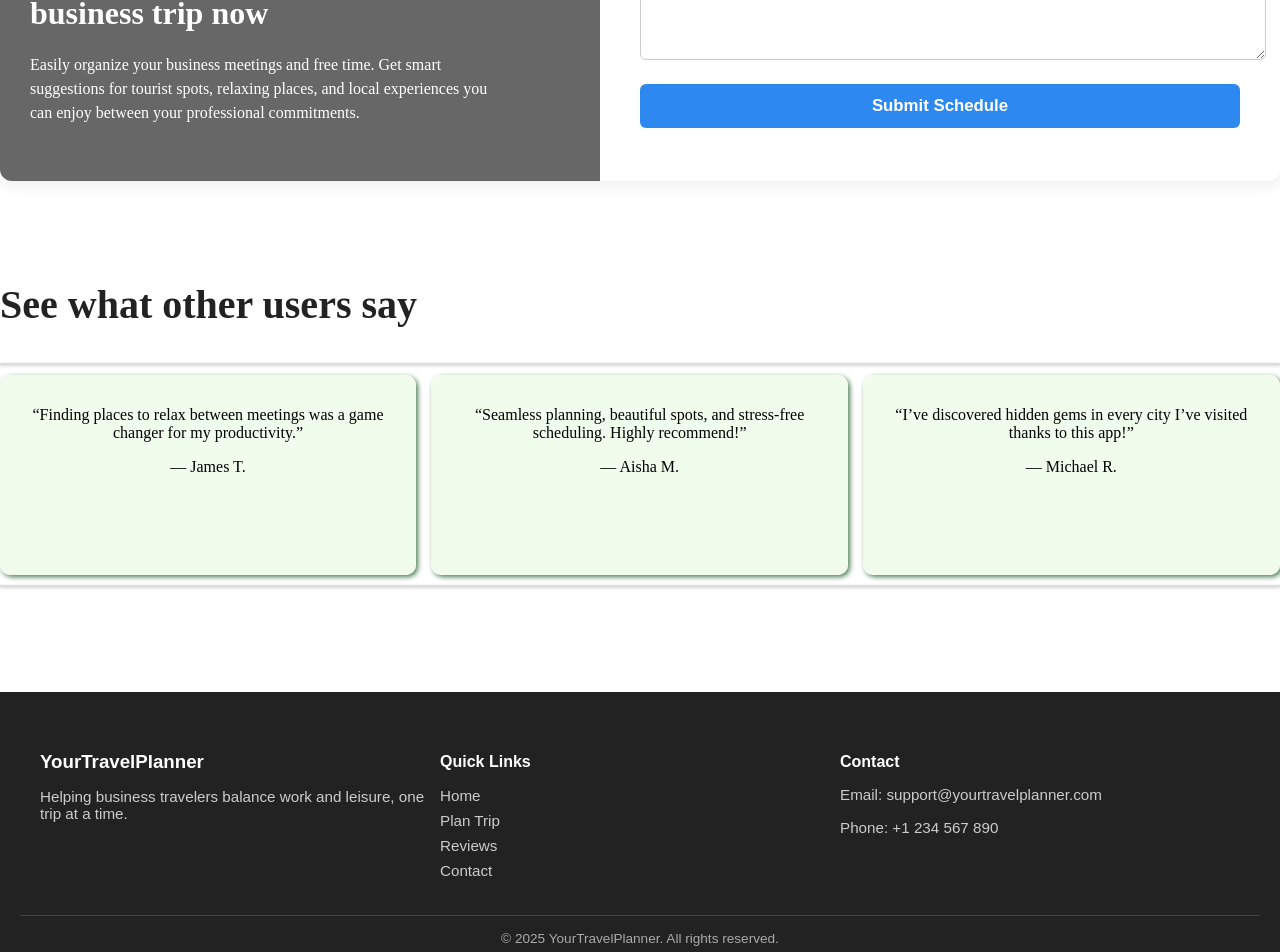
Repository: Nakib-Arman/Javafest25---travL
Page: / (app in Frontend/)
These files come from the project's save history. The page is drawn as it stood at one moment and after a run of saves; the edit follows.
The browser window is 1280 px wide. The pictures show the part of the page from y = 1376 to 2328 px (the page is 2342 px tall).
Pictures or frames that could not be fetched are drawn as grey boxes. The project was rebuilt for these pictures with package versions that can differ from the ones it lists, and the page was loaded fresh each time. Also part of the build but not shown: Frontend/vite.config.js, Frontend/src/CSS/AuthForms.css, Frontend/src/Components/AuthForms.jsx, Frontend/src/CSS/SchedulePlanner.css, Frontend/src/Components/SchedulePlanner.jsx.

Above is the page before, as saved 2025-08-24 00:28:57.

### Frontend/src/index.css
html, body {
    height: 100%;
    margin: 0;
    padding: 0;
    position: relative;
}

body {
    /* background-image: url('./assets/background2.jpg'); */
    background-color: white;
    background-position: center;
    background-repeat: no-repeat;
    background-size: cover;
    background-attachment: fixed;
}

### Frontend/src/App.jsx
import { Routes, Route } from "react-router-dom";
import Home from "./Components/Home";
import Login from "./Components/AuthForms";
import SchedulePlanner from "./Components/SchedulePlanner";
import AuthForms from "./Components/AuthForms";

function App() {
  return (
    <Routes>
      <Route path="/" element={<Home />} />
      <Route path="/auth" element={<AuthForms />} />
      <Route path="/schedule-planner" element={<SchedulePlanner />} />
    </Routes>
  );
}

export default App;

### Frontend/src/Components/Home.jsx
import React, { useState, useEffect, useRef } from 'react';
import { useNavigate } from 'react-router-dom';
import '../CSS/Home.css';

import img1 from '../assets/travel1.jpg';
import img2 from '../assets/travel2.jpg';
import img3 from '../assets/travel3.jpg';

import Topbar from './Topbar';
import ScheduleForm from './ScheduleForm';
import Reviews from './Reviews';
import Footer from './Footer';

export default function Home() {
  const navigate = useNavigate();
  const images = [img1, img2, img3];
  const [currentIndex, setCurrentIndex] = useState(0);
  const [isSidebarOpen, setIsSidebarOpen] = useState(false);
  const planFormRef = useRef(null);
  const reviewRef = useRef(null);



  const toggleSidebar = () => {
    if (isSidebarOpen) {
      setIsSidebarOpen(false);
    }
    else {
      setIsSidebarOpen(true);
    }
  };

  const scrollToPlanForm = () => {
    planFormRef.current?.scrollIntoView({ behavior: "smooth" });
    toggleSidebar();
  }

  const scrollToReviews = () => {
    reviewRef.current?.scrollIntoView({ behavior: "smooth" });
    toggleSidebar();
  }

  useEffect(() => {
    const timer = setInterval(() => {
      setCurrentIndex(prev => (prev + 1) % images.length);
    }, 8000);
    return () => clearInterval(timer);
  }, [images.length]);



  return (
    <div className="home-container">
      {/* 1. Topbar */}
      <Topbar
        isSidebarOpen={isSidebarOpen}
        toggleSidebar={toggleSidebar}
        onPlanTripClick={scrollToPlanForm}
        onReviewClick={scrollToReviews}
      />
      {isSidebarOpen && (
        <div
          className='overlay'
          onClick={() => setIsSidebarOpen(false)}
        />
      )}

      {/* 2.sliding images */}
      <div className="slideshow-container">
        <div
          className="slide-track"
          style={{ transform: `translateX(-${currentIndex * 100}%)` }}
        >
          {images.map((src, idx) => (
            <img key={idx} src={src} alt={`Slide ${idx}`} className="slide-image" />
          ))}
        </div>

        <div className="overlay-text">
          <div className="overlay-buttons">
            <button className="btn signup-btn" onClick={() => navigate("/auth?mode=signup")}>Sign Up</button>
            <button className="btn login-btn" onClick={() => navigate("/auth?mode=login")}>Log In</button>
          </div>
          <h1>Find your pause, wherever you go</h1>
          <p>Plan your business trips with ease and find the perfect spots to unwind.
            Experience the perfect balance between productivity and relaxation.</p>
        </div>
      </div>

      {/* 3. Planning Form */}
      <div ref={planFormRef}>
        <ScheduleForm/>
      </div>

      {/* 4. Reviews */}
      <div ref={reviewRef}>
        <Reviews/>
      </div>

      {/* 5. Footer  */}
      <Footer/>

    </div>
  );
}

### Frontend/src/CSS/Home.css
/* basic container */
.home-container {
    margin: 0;
    padding: 0;
    height: 100vh;
    width: 100vw;
    position: relative;
    color: black;
}


/* sliding image */
.slideshow-container {
    position: relative;
    margin-top: 100px;
    margin-left: 0px;
    width: 100%;
    height: calc(100% - 250px);
    overflow: hidden;
    background-color: black;
    z-index: 2;
}

.slide-track {
    display: flex;
    transition: transform 0.8s ease-in-out;
    height: 100%;
}

.slide-image {
    min-width: 100%;
    height: 100%;
    object-fit: cover;
    opacity: 0.5;
}


/* text on the sliding image */
.overlay-text {
    position: absolute;
    bottom: 5%;
    left: 5%;
    transform: none;
    text-align: left;
    color: white;
    text-shadow: 2px 2px 6px rgba(0, 0, 0, 0.7);
    z-index: 2;
}

.overlay-text h1 {
    font-size: 3rem;
    margin-bottom: 10px;
}

.overlay-text p {
    font-size: 1.3rem;
}


/* signup and login button */
.overlay-buttons {
    margin-top: 20px;
    display: flex;
    gap: 15px;
}

.btn {
    padding: 12px 24px;
    font-size: 1.1rem;
    border: none;
    border-radius: 30px;
    cursor: pointer;
    font-weight: bold;
    transition: background-color 0.3s ease, transform 0.2s ease;
    width: 200px;
    opacity: 0.8;
    box-shadow: 0 2px 5px rgba(0, 0, 0, 0.2);
}

.signup-btn {
    background-color: #e6e2e2dc;
    color: black;
}

.signup-btn:hover {
    background-color: #e9ebe9;
    color: black;
    transform: scale(1.05);
}

.login-btn {
    background-color: #e6e2e2dc;
    color: black;
}

.login-btn:hover {
    background-color: #e9ebe9;
    transform: scale(1.05);
}

### Frontend/src/Components/Topbar.jsx
// src/components/Topbar.js
import React, { useState } from 'react';
import { Navigate, useNavigate } from 'react-router-dom';
import '../CSS/Topbar.css';
import Sidebar from './Sidebar';

export default function Topbar(props) {
  const navigate = useNavigate();
  return (
    <div>
      <nav className="topbar">

        <div className="left-section">
          <div className="hamburger" onClick={props.toggleSidebar}>
            <span></span>
            <span></span>
            <span></span>
          </div>
          <a href="/" className="logo-link"></a>
        </div>
        <div className="nav-buttons">
          <button onClick={() => navigate("/auth?mode=login")}>Log In</button>
          <button onClick={() => navigate("/auth?mode=signup")}>Sign Up</button>
          <button onClick={() => navigate("/contactus")}>Contact Us</button>
        </div>
      </nav>
      <Sidebar
        sidebarClass={props.isSidebarOpen ? "sidebar" : "sidebar-show"}
        toggleSidebar={props.toggleSidebar}
        onPlanTripClick={props.onPlanTripClick}
        onReviewClick={props.onReviewClick}
      />
    </div>
  );
}

### Frontend/src/Components/Reviews.jsx
import React, { useState, useEffect,useRef } from "react";
import '../CSS/Reviews.css';

export default function Reviews() {

    const reviews = [
        { name: "Sophia L.", text: "This service completely transformed my business trips. I now actually look forward to traveling!" },
        { name: "James T.", text: "Finding places to relax between meetings was a game changer for my productivity." },
        { name: "Aisha M.", text: "Seamless planning, beautiful spots, and stress-free scheduling. Highly recommend!" },
        { name: "Michael R.", text: "I’ve discovered hidden gems in every city I’ve visited thanks to this app!" },
        { name: "Emily W.", text: "Perfect balance between work and relaxation — exactly what I needed." },
        { name: "David K.", text: "No more stress trying to figure out where to go. Everything’s planned perfectly." },
        { name: "Priya S.", text: "It’s like having a local guide and personal assistant rolled into one." },
        { name: "Liam P.", text: "Made my work trips more enjoyable than ever before!" },
        { name: "Hannah G.", text: "Smart recommendations and easy scheduling. Love it!" }
    ];


    const [reviewIndex, setReviewIndex] = useState(0);
    const [cardWidth, setCardWidth] = useState(0);
    const cardRef = useRef(null);



    useEffect(() => {
        const timer = setInterval(() => {
            setReviewIndex(prev => {
                const maxIndex = reviews.length - 3; // max starting index
                return prev < maxIndex ? prev + 1 : 0; // reset to 0 after last slide
            });
        }, 3000);
        return () => clearInterval(timer);
    }, [reviews.length]);


    useEffect(() => {
        if (cardRef.current) {
            setCardWidth(cardRef.current.offsetWidth + 15);
        }
    }, []);

    return (
        <div className="review-section">
            <h2 className="review-title">See what other users say</h2>

            <div className="review-slideshow">
                <div className="review-line top-line"></div>

                <div
                    className="review-track"
                    style={{ transform: `translateX(-${reviewIndex * cardWidth}px)` }}
                >
                    {reviews.map((review, idx) => (
                        <div
                            className="review-card"
                            key={idx}
                            ref={idx === 0 ? cardRef : null}
                        >
                            <p className="review-text">“{review.text}”</p>
                            <span className="review-author">— {review.name}</span>
                        </div>
                    ))}
                </div>

                <div className="review-line bottom-line"></div>
            </div>
        </div>
    );
}

### Frontend/src/Components/Footer.jsx
import React from "react";
import '../CSS/Footer.css';

export default function Footer() {
  return (
    <footer className="footer">
      <div className="footer-container">
        {/* About / Brand */}
        <div className="footer-section">
          <h3>YourTravelPlanner</h3>
          <p>Helping business travelers balance work and leisure, one trip at a time.</p>
        </div>

        {/* Quick Links */}
        <div className="footer-section">
          <h4>Quick Links</h4>
          <ul>
            <li><a href="#home">Home</a></li>
            <li><a href="#schedule">Plan Trip</a></li>
            <li><a href="#reviews">Reviews</a></li>
            <li><a href="#contact">Contact</a></li>
          </ul>
        </div>

        {/* Contact */}
        <div className="footer-section">
          <h4>Contact</h4>
          <p>Email: support@yourtravelplanner.com</p>
          <p>Phone: +1 234 567 890</p>
          <div className="social-icons">
            <a href="#"><i className="fab fa-facebook-f"></i></a>
            <a href="#"><i className="fab fa-twitter"></i></a>
            <a href="#"><i className="fab fa-instagram"></i></a>
          </div>
        </div>
      </div>

      <div className="footer-bottom">
        &copy; {new Date().getFullYear()} YourTravelPlanner. All rights reserved.
      </div>
    </footer>
  );
}

### Frontend/src/CSS/Topbar.css
/* basic container */
.topbar {
  position: fixed;
  top: 0;
  left: 0;
  right: 0;
  height: 100px;
  background-color: hsl(97, 62%, 93%);
  display: flex;
  justify-content: space-between;
  align-items: flex-end;
  padding: 0 20px;
  box-shadow: 0 2px 10px rgba(0, 0, 0, 0.2);
  z-index: 1000;
}

/* Group container for hamburger + logo */
.left-section {
  display: flex;
  align-items: center;
  gap: 15px;
}


/* hamburger icon */
.hamburger {
  display: flex;
  flex-direction: column;
  justify-content: space-between;
  width: 25px;
  height: 18px;
  cursor: pointer;
}

.hamburger span {
  display: block;
  height: 3px;
  background-color: black;
  border-radius: 2px;
}


/* logo */
.logo-link {
  display: inline-block;
  height: 100px;
  width: 180px;
  background-image: url('../assets/Logo1.png');
  background-size: contain;
  background-repeat: no-repeat;
  background-position: center;
}



/* Navigation buttons container */
.nav-buttons {
  display: flex;
  gap: 12px;
}

.nav-buttons button {
  background-color: transparent;
  color: black;
  border: none;
  padding: 8px 16px;
  border-radius: 6px;
  font-size: 14px;
  font-weight: 500;
  cursor: pointer;
  transition: background-color 0.3s ease;
}

.nav-buttons button:hover {
  background-color: #354434;
  color: white;
}

### Frontend/src/Components/Sidebar.jsx
// src/components/Sidebar.js
import React from 'react';
import { Navigate, useNavigate } from 'react-router-dom';
import '../CSS/Sidebar.css';

export default function Sidebar(props) {
  const navigate = useNavigate();
  return (
    <div className={props.sidebarClass}>
      {/* Sidebar Header */}
      <div className="sidebar-header">
        <div className="hamburger" onClick={props.toggleSidebar}>
          <span></span>
          <span></span>
          <span></span>
        </div>
        <a href="/" className="logo-link"></a>
      </div>

      {/* Sidebar Buttons */}
      <div className="sidebar-buttons">
        <button onClick={props.onPlanTripClick}>Plan a Schedule</button>
        <button onClick={props.onReviewClick}>Reviews</button>
        <button onClick={() => navigate("/aboutus")}>About Us</button>
      </div>
    </div>
  );
}

### Frontend/src/CSS/ScheduleForm.css
.schedule-container {
    margin-top: 100px;
}

.schedule-title {
    font-size: 2.5rem;
    font-weight: bold;
    margin-top: 40px;
    margin-bottom: 30px;
    color: #222;
    max-width: 1400px;
    margin-left: auto;
    margin-right: auto;
    text-align: left;
}

.schedule-wrapper {
    display: flex;
    max-width: 1500px;
    height: 800px;
    margin: 40px auto;
    background: #fff;
    border-radius: 12px;
    overflow: hidden;
    box-shadow: 0 4px 15px rgba(0, 0, 0, 0.08);
}

/* LEFT SIDE */
.schedule-left {
    flex: 1;
    position: relative;
    background: #f5f5f5;
    height: 100%;
}

.schedule-left img {
    width: 100%;
    height: 100%;
    object-fit: cover;
}

.schedule-left::after {
    content: "";
    position: absolute;
    top: 0;
    left: 0;
    right: 0;
    bottom: 0;
    background: rgba(0, 0, 0, 0.35);
}

.headline {
    position: absolute;
    bottom: 40px;
    left: 30px;
    color: white;
    max-width: 80%;
    z-index: 1;
}

.headline h2 {
    font-size: 2rem;
    margin-bottom: 10px;
}

.headline p {
    font-size: 1rem;
    line-height: 1.5;
}

/* RIGHT SIDE FORM */
.form-container {
    flex: 1;
    padding: 30px 40px;
    font-family: Arial, sans-serif;
    overflow-y: auto;
    height: 100%;
    background: #fff;

    /* 👇 Added top shadow */
    box-shadow: 0 -6px 12px rgba(0, 0, 0, 0.12);
    border-top-left-radius: 12px;
    border-top-right-radius: 12px;
}

.form-container h2 {
    text-align: center;
    margin-bottom: 25px;
    color: #222;
}

.form-container h3 {
    margin-top: 25px;
    margin-bottom: 10px;
    color: #444;
    border-bottom: 2px solid #f0f0f0;
    padding-bottom: 5px;
}

.meeting-row,
.free-row {
    display: flex;
    flex-wrap: wrap;
    gap: 10px;
    margin-bottom: 10px;
}

.meeting-row input,
.free-row input {
    flex: 1;
    min-width: 120px;
    padding: 10px 12px;
    border: 1px solid #ccc;
    border-radius: 6px;
    font-size: 1rem;
}

.remove-btn {
    background: #ff4d4d;
    color: white;
    border: none;
    border-radius: 6px;
    padding: 4px 10px;
    font-size: 1.2rem;
    cursor: pointer;
    margin-left: 5px;
    align-self: center;
    transition: background-color 0.3s ease;
}

.remove-btn:hover {
    background: #e63939;
}

button[type="button"] {
    background: #f3f3f3;
    color: #333;
    padding: 6px 14px;
    margin-top: 5px;
    border: none;
    border-radius: 6px;
    cursor: pointer;
    font-size: 0.9rem;
    transition: background-color 0.3s ease;
}

button[type="button"]:hover {
    background: #e4e4e4;
}

label {
    display: inline-flex;
    align-items: center;
    margin-right: 15px;
    font-size: 0.95rem;
    cursor: pointer;
}

label input {
    margin-right: 6px;
}

.form-group {
    margin-top: 20px;
}

.form-group label {
    display: block;
    font-weight: 500;
    margin-bottom: 8px;
    color: #444;
}

.form-group textarea {
    width: 100%;
    min-height: 120px;
    padding: 12px;
    border: 1px solid #ccc;
    border-radius: 6px;
    resize: vertical;
    font-size: 1rem;
    font-family: Arial, sans-serif;
}

.form-group textarea:focus {
    outline: none;
    border-color: #2d89ef;
    box-shadow: 0 0 4px rgba(45, 137, 239, 0.4);
}

button[type="submit"] {
    margin-top: 20px;
    width: 100%;
    background: #2d89ef;
    color: white;
    padding: 12px;
    font-size: 1.05rem;
    font-weight: bold;
    border: none;
    border-radius: 6px;
    cursor: pointer;
    transition: background-color 0.3s ease;
}

button[type="submit"]:hover {
    background: #1c6cd3;
}

/* Mobile view */
@media (max-width: 900px) {
    .schedule-wrapper {
        flex-direction: column;
        height: auto;
    }

    .schedule-left {
        height: 250px;
    }

    .form-container {
        height: auto;
        overflow-y: visible;
    }

    .schedule-left h2 {
        font-size: 1.4rem;
    }
}

### Frontend/src/CSS/Reviews.css
/* Reviews */
.review-section {
    margin-top: 100px;
    text-align: center;
}

.review-title {
    font-size: 2.5rem;
    font-weight: bold;
    margin-top: 40px;
    margin-bottom: 30px;
    color: #222;
    max-width: 1400px;
    margin-left: auto;
    margin-right: auto;
    text-align: left;
}

.review-line {
    height: 2px;
    width: 100%;
    background: #ddd;
    box-shadow: 0 1px 3px rgba(0, 0, 0, 0.2);
    margin: 5px 0;
}

.top-line {
    margin-bottom: 10px;
}

.bottom-line {
    margin-top: 10px;
}

.review-slideshow {
    margin-top: 25px;
    overflow: hidden;
    max-width: 1500px;
    margin-left: auto;
    margin-right: auto;
}

.review-track {
    display: flex;
    transition: transform 0.6s ease-in-out;
    gap: 15px;
}

.review-card {
    background: rgba(240, 253, 234, 0.9);
    padding: 15px;
    border-radius: 10px;
    box-shadow: 2px 2px 5px rgba(1, 70, 12, 0.7);
    flex: 0 0 calc((100% / 3) - 10px);
    box-sizing: border-box;
    min-height: 200px;
}

### Frontend/src/CSS/Footer.css
.footer {
    margin-top: 100px;
    background-color: #222;
    color: #eee;
    padding: 40px 20px 20px 20px;
    font-family: Arial, sans-serif;
  }

  .footer-container {
    display: flex;
    justify-content: space-between;
    flex-wrap: wrap;
    max-width: 1200px;
    margin: auto;
  }

  .footer-section {
    flex: 1;
    min-width: 200px;
    margin-bottom: 20px;
  }

  .footer-section h3, .footer-section h4 {
    color: #fff;
    margin-bottom: 15px;
  }

  .footer-section p, .footer-section li, .footer-section a {
    font-size: 0.95rem;
    color: #ccc;
    text-decoration: none;
  }

  .footer-section ul {
    list-style: none;
    padding: 0;
  }

  .footer-section li {
    margin-bottom: 8px;
  }

  .footer-section a:hover {
    color: #2d89ef;
  }

  .social-icons a {
    display: inline-block;
    margin-right: 10px;
    color: #ccc;
    font-size: 1.2rem;
    transition: color 0.3s;
  }

  .social-icons a:hover {
    color: #2d89ef;
  }

  .footer-bottom {
    text-align: center;
    padding-top: 15px;
    border-top: 1px solid #444;
    font-size: 0.85rem;
    color: #aaa;
  }

### Frontend/src/CSS/Sidebar.css
/* Sidebar open */
.sidebar {
  position: fixed;
  top: 0;   /* start from very top */
  left: 0;
  width: 240px;
  height: 100vh;
  background-image: url('../assets/background2.jpg');
  background-position: center;
  background-repeat: no-repeat;
  background-size: cover;
  display: flex;
  flex-direction: column;
  z-index: 1050;
  box-shadow: 2px 0 10px rgba(0, 0, 0, 0.15);
  transform: translateX(0);
  transition: transform 0.3s ease;
}

/* Sidebar closed */
.sidebar-show {
  position: fixed;
  top: 0;   /* start from very top */
  left: 0;
  width: 240px;
  height: 100vh;
  background-image: url('../assets/background2.jpg');
  background-position: center;
  background-repeat: no-repeat;
  background-size: cover;
  display: flex;
  flex-direction: column;
  z-index: 1050;
  box-shadow: 2px 0 10px rgba(0, 0, 0, 0.15);
  transform: translateX(-100%);
  transition: transform 0.3s ease;
}

/* Overlay tint inside sidebar */
.sidebar::before,
.sidebar-show::before {
  content: '';
  position: absolute;
  top: 0;
  left: 0;
  right: 0;
  bottom: 0;
  background: rgba(241, 255, 238, 0.9);
  z-index: 1;
  pointer-events: none;
}

/* Sidebar header (hamburger + logo) */
.sidebar-header {
  display: flex;
  align-items: center;
  gap: 15px;
  padding: 40px 15px 20px 15px;
  z-index: 2; /* above overlay */
}

/* Reuse hamburger + logo styles from Topbar */
.hamburger {
  display: flex;
  flex-direction: column;
  justify-content: space-between;
  width: 25px;
  height: 18px;
  cursor: pointer;
  z-index: 2;
}

.hamburger span {
  display: block;
  height: 3px;
  background-color: black;
  border-radius: 2px;
}

.logo-link {
  display: inline-block;
  height: 60px;
  width: 150px;
  background-image: url('../assets/Logo1.png');
  background-size: contain;
  background-repeat: no-repeat;
  background-position: center;
  z-index: 2;
}

/* Sidebar buttons */
.sidebar-buttons {
  display: flex;
  flex-direction: column;
  padding: 10px;
  gap: 10px;
  z-index: 2; /* above overlay */
}

.sidebar-buttons button {
  background-color: transparent;
  color: black;
  border: none;
  padding: 12px;
  text-align: left;
  border-radius: 4px;
  cursor: pointer;
  transition: background-color 0.3s ease;
}

.sidebar-buttons button:hover {
  background-color: #354434;
  color: white;
}

/* Dark background overlay (outside sidebar, for the rest of the page) */
.overlay {
  position: fixed;
  top: 0;
  left: 0;
  width: 100vw;
  height: 100vh;
  background: rgba(0,0,0,0.5); /* darkened */
  z-index: 1000; /* just below sidebar */
}

Loaded but not shown: Frontend/index.html (common file); Frontend/src/main.jsx (common file); Frontend/src/Components/ScheduleForm.jsx (133 lines, source omitted)

After the next 2 saves:
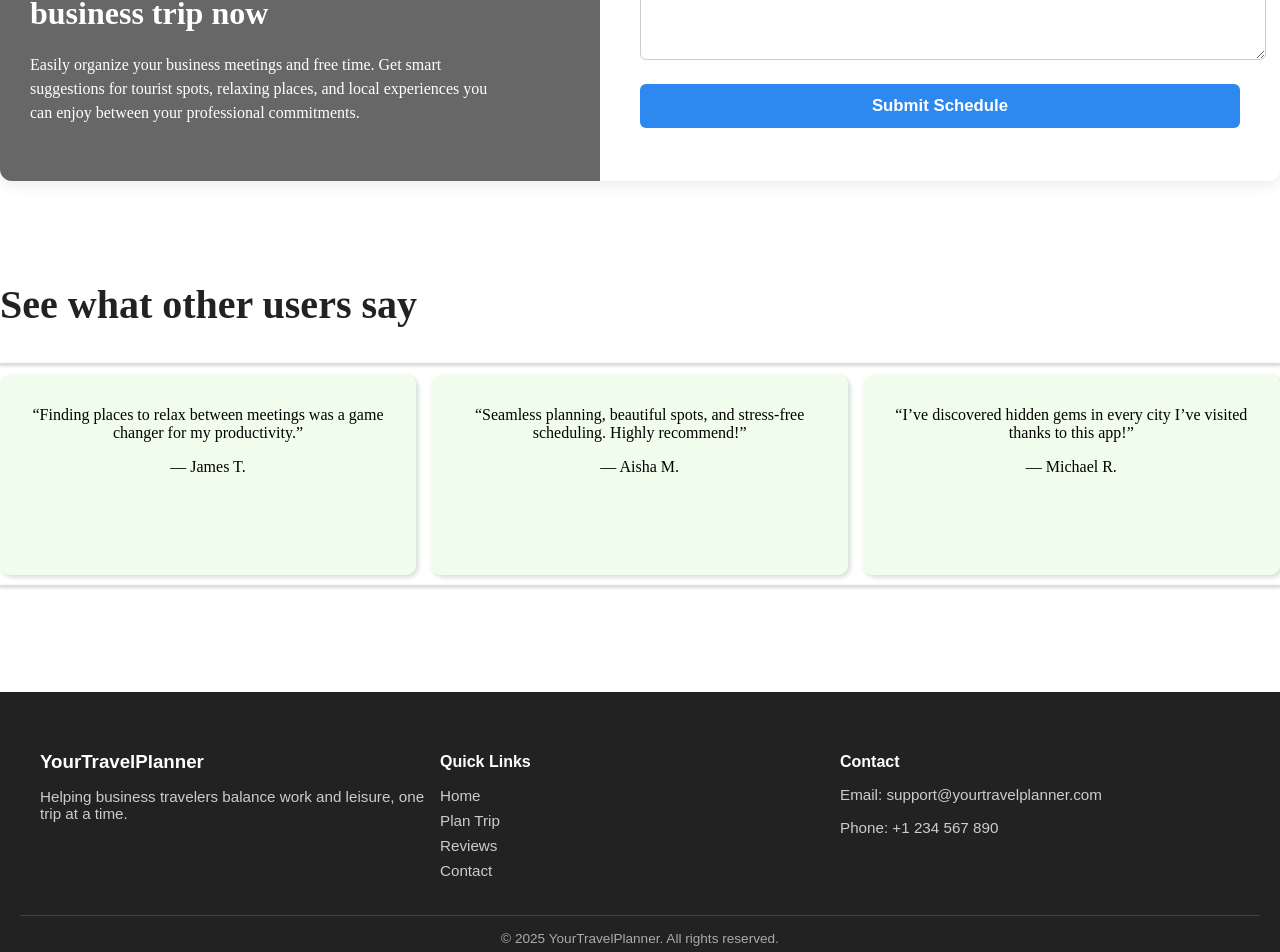
The 2 saves are shown as one change because they came seconds apart.
The last was saved 7 s later.
--- a/Frontend/src/CSS/Reviews.css
+++ b/Frontend/src/CSS/Reviews.css
@@ -50,7 +50,7 @@
     background: rgba(240, 253, 234, 0.9);
     padding: 15px;
     border-radius: 10px;
-    box-shadow: 2px 2px 5px rgba(1, 70, 12, 0.7);
+    box-shadow: 2px 2px 5px rgba(1, 70, 12, 0.2);
     flex: 0 0 calc((100% / 3) - 10px);
     box-sizing: border-box;
     min-height: 200px;
